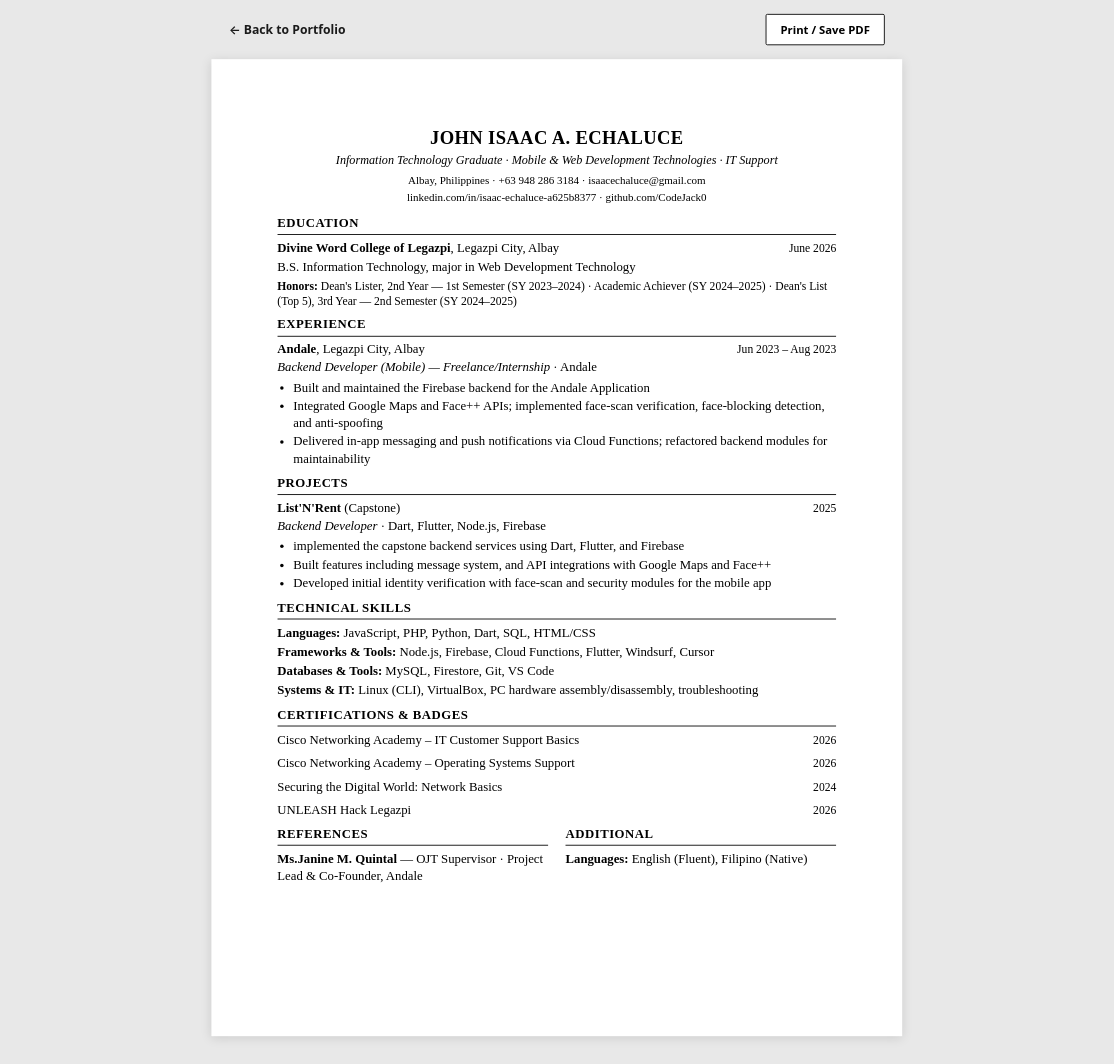
Repository: CodeJack0/Professional_Portfolio
Page: pages/resume.html
An editor plug-in stored every save of this project. The page is shown before and after the next save, followed by the edit.
The browser window is 1280 px wide. The pictures show the whole page, at 87% of full size.

Above is the page before, as saved 2026-05-29 20:43:14.

After the next save:
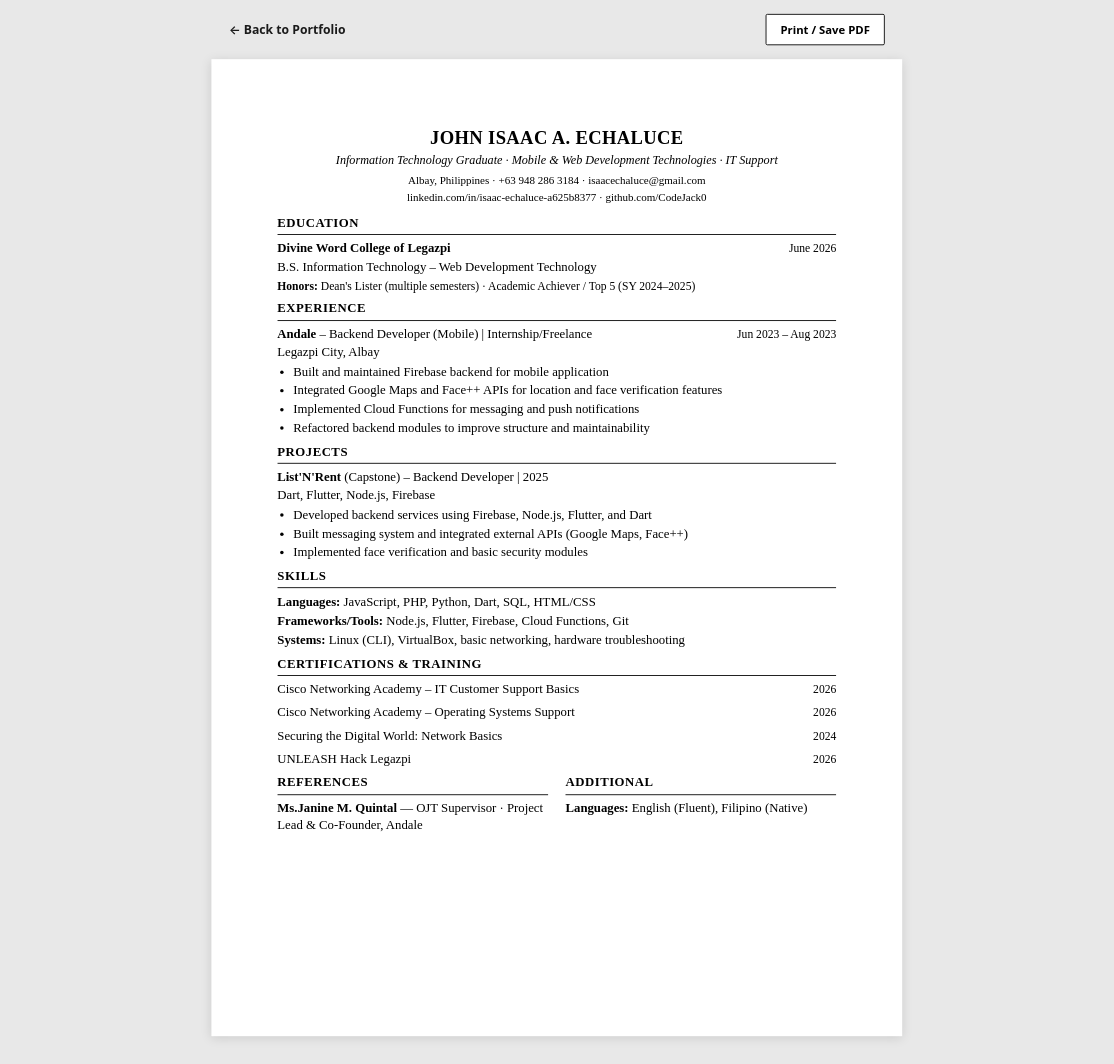
Saved 4 min 15 s later.
--- a/pages/resume.html
+++ b/pages/resume.html
@@ -33,14 +33,14 @@
 
         <div class="entry">
           <div class="entry-row">
-            <span class="entry-left"><strong>Divine Word College of Legazpi</strong>, Legazpi City, Albay</span>
+            <span class="entry-left"><strong>Divine Word College of Legazpi</strong></span>
             <span class="entry-right">June 2026</span>
           </div>
           <div class="entry-row entry-row--sub">
-            <span class="entry-left">B.S. Information Technology, major in Web Development Technology</span>
+            <span class="entry-left">B.S. Information Technology – Web Development Technology</span>
           </div>
           <p class="honors-line">
-            <strong>Honors:</strong> Dean's Lister, 2nd Year — 1st Semester (SY 2023–2024) · Academic Achiever (SY 2024–2025) · Dean's List (Top 5), 3rd Year — 2nd Semester (SY 2024–2025)
+            <strong>Honors:</strong> Dean's Lister (multiple semesters) · Academic Achiever / Top 5 (SY 2024–2025)
           </p>
         </div>
       </section>
@@ -50,16 +50,17 @@
 
         <div class="entry">
           <div class="entry-row">
-            <span class="entry-left"><strong>Andale</strong>, Legazpi City, Albay</span>
+            <span class="entry-left"><strong>Andale</strong> – Backend Developer (Mobile) | Internship/Freelance</span>
             <span class="entry-right">Jun 2023 – Aug 2023</span>
           </div>
           <div class="entry-row entry-row--sub">
-            <span class="entry-left"><em>Backend Developer (Mobile) — Freelance/Internship</em> · Andale </span>
+            <span class="entry-left">Legazpi City, Albay</span>
           </div>
           <ul class="resume-list">
-            <li>Built and maintained the Firebase backend for the Andale Application</li>
-            <li>Integrated Google Maps and Face++ APIs; implemented face-scan verification, face-blocking detection, and anti-spoofing</li>
-            <li>Delivered in-app messaging and push notifications via Cloud Functions; refactored backend modules for maintainability</li>
+            <li>Built and maintained Firebase backend for mobile application</li>
+            <li>Integrated Google Maps and Face++ APIs for location and face verification features</li>
+            <li>Implemented Cloud Functions for messaging and push notifications</li>
+            <li>Refactored backend modules to improve structure and maintainability</li>
           </ul>
         </div>
       </section>
@@ -69,30 +70,29 @@
 
         <div class="entry">
           <div class="entry-row">
-            <span class="entry-left"><strong>List'N'Rent</strong> (Capstone)</span>
-            <span class="entry-right">2025</span>
+            <span class="entry-left"><strong>List'N'Rent</strong> (Capstone) – Backend Developer | 2025</span>
+            <span class="entry-right"></span>
           </div>
           <div class="entry-row entry-row--sub">
-            <span class="entry-left"><em>Backend Developer</em> · Dart, Flutter, Node.js, Firebase</span>
+            <span class="entry-left">Dart, Flutter, Node.js, Firebase</span>
           </div>
           <ul class="resume-list">
-            <li>implemented the capstone backend services using Dart, Flutter, and Firebase</li>
-            <li>Built features including message system, and API integrations with Google Maps and Face++</li>
-            <li>Developed initial identity verification with face-scan and security modules for the mobile app</li>
+            <li>Developed backend services using Firebase, Node.js, Flutter, and Dart</li>
+            <li>Built messaging system and integrated external APIs (Google Maps, Face++)</li>
+            <li>Implemented face verification and basic security modules</li>
           </ul>
         </div>
 
 
       <section class="resume-section">
-        <h2 class="resume-section-title">Technical Skills</h2>
+        <h2 class="resume-section-title">Skills</h2>
         <p class="skills-line"><strong>Languages:</strong> JavaScript, PHP, Python, Dart, SQL, HTML/CSS</p>
-        <p class="skills-line"><strong>Frameworks &amp; Tools:</strong> Node.js, Firebase, Cloud Functions, Flutter, Windsurf, Cursor</p>
-        <p class="skills-line"><strong>Databases &amp; Tools:</strong> MySQL, Firestore, Git, VS Code</p>
-        <p class="skills-line"><strong>Systems &amp; IT:</strong> Linux (CLI), VirtualBox, PC hardware assembly/disassembly, troubleshooting</p>
+        <p class="skills-line"><strong>Frameworks/Tools:</strong> Node.js, Flutter, Firebase, Cloud Functions, Git</p>
+        <p class="skills-line"><strong>Systems:</strong> Linux (CLI), VirtualBox, basic networking, hardware troubleshooting</p>
       </section>
 
       <section class="resume-section">
-        <h2 class="resume-section-title">Certifications & Badges</h2>
+        <h2 class="resume-section-title">Certifications & Training</h2>
 
         <div class="entry entry--compact">
           <div class="entry-row">
